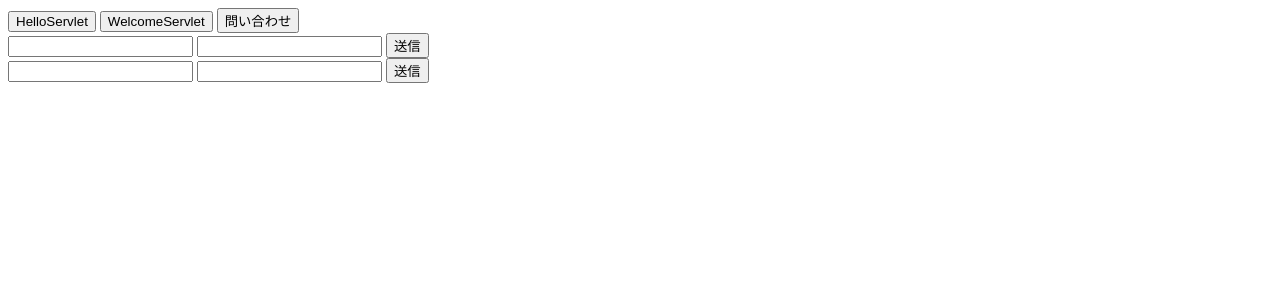
Repository: take00/test01
Page: http://localhost/HelloServlet/
The author's editor kept a copy of each file at every save. The page is drawn from the files as they stood at one save, then again after the next save.
The browser window is 1280 px wide. The pictures show the whole page.
The page is served by Tomcat 9.

Above is the page before, as saved 2019-01-07 12:22:01.

After the next save:
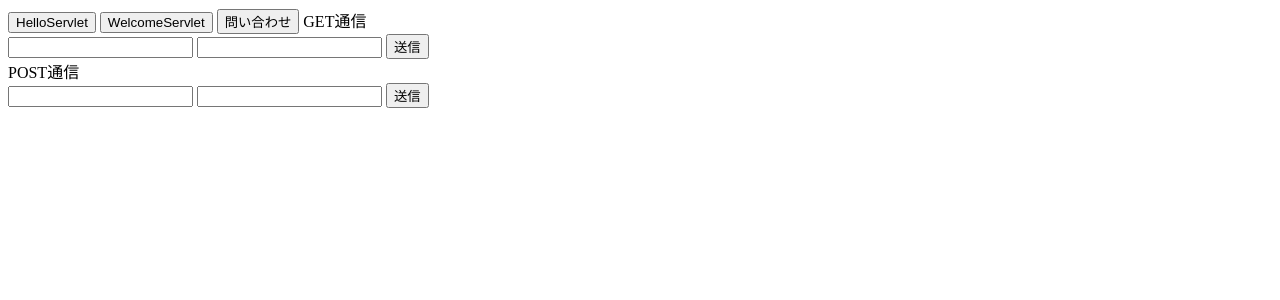
Saved 28 s later.
--- a/HelloServlet/WebContent/index.jsp
+++ b/HelloServlet/WebContent/index.jsp
@@ -10,13 +10,13 @@
 <input type="button" value="HelloServlet" onClick="location.href='HelloServlet'">
 <input type="button" value="WelcomeServlet" onClick="location.href='welcome.jsp'">
 <input type="button" value="問い合わせ" onClick="location.href='inquiry.jsp'">
-
+GET通信
 <form method="get" action="TestServlet">
 <input type="text" name="username">
 <input type="password" name="password">
 <input type="submit" value="送信">
 </form>
-
+POST通信
 <form method="post" action="TestServlet">
 <input type="text" name="username">
 <input type="password" name="password">
